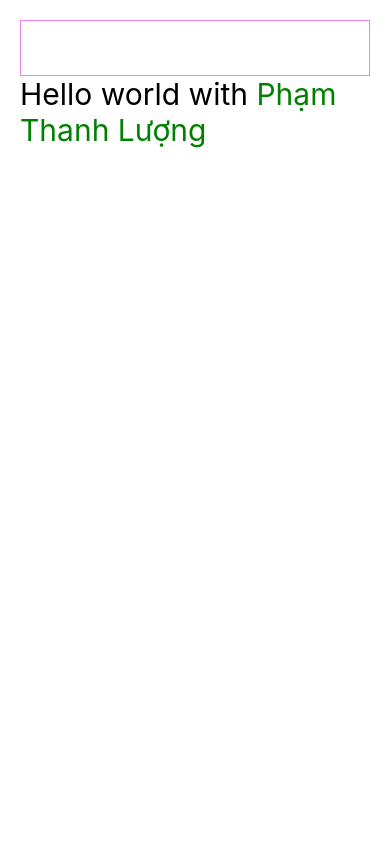
Repository: LuongPTCE181311/React-Native-Ultimate
Screen: /
These files come from the project's save history. The screen is drawn as it stood at one moment and after a run of saves; the edit follows.
The app was drawn by React Native's web renderer in a window 390 px wide. The project was rebuilt for these pictures with package versions that can differ from the ones it lists, and the page was loaded fresh each time. Some packages were replaced by stand-ins written for this rebuild.

Above is the screen before, as saved 2026-05-30 15:36:57.

### App.tsx
import { StatusBar } from 'expo-status-bar';
import { useState } from 'react';
import { StyleSheet, Text, TextInput, View } from 'react-native';


export default function App() {

  const [name, setName] = useState<string>("");

  const [person, setPerson] = useState<{
    name: string;
    age: number;
  }>({
    name: "hoi dan it",
    age: 32
  })
  return (
    <View style={styles.container}>
      <View>
        <Text style={styles.text} >{name}</Text>
        <TextInput
        keyboardType='ascii-capable'
        multiline={true}
         style={styles.borderInput}/>
      </View>
      <Text style={styles.text2}>Hello world with
        <Text style={styles.greenColor}> Phạm Thanh Lượng</Text>
      </Text>
    </View>
  );
}

const styles = StyleSheet.create({
  greenColor: {
    color: "green"
  },
  text: {
    fontSize: 30,
    color: "red"
  },
  text2: {
    fontSize: 30
  },
  container: {
    flex: 1,
    backgroundColor: '#fff',
    // alignItems: 'center',
    // justifyContent: 'center'
    padding: 20,
  },
  borderInput: {
    borderColor: "violet",
    borderWidth: 1,
    padding: 10
  }
});

Loaded but not shown: index.ts (common file)

After the next 4 saves:
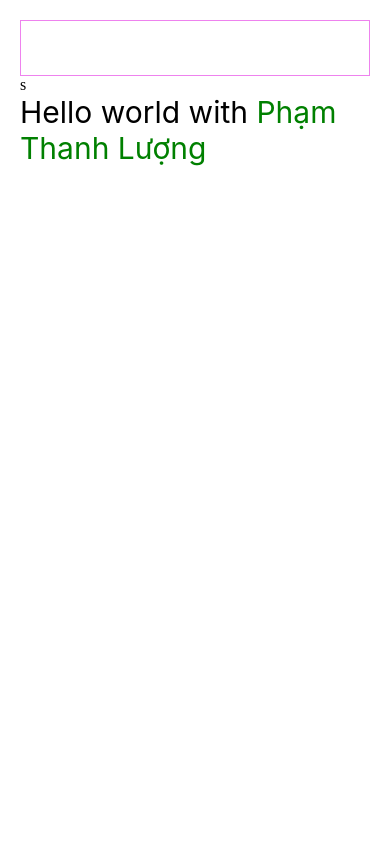
The 4 saves are shown as one change because they came seconds apart.
The last was saved 32 s later.
--- a/App.tsx
+++ b/App.tsx
@@ -17,11 +17,11 @@ export default function App() {
   return (
     <View style={styles.container}>
       <View>
-        <Text style={styles.text} >{name}</Text>
         <TextInput
         keyboardType='ascii-capable'
         multiline={true}
          style={styles.borderInput}/>
+         <Text style={styles.text} >{name}</Text>s
       </View>
       <Text style={styles.text2}>Hello world with
         <Text style={styles.greenColor}> Phạm Thanh Lượng</Text>
